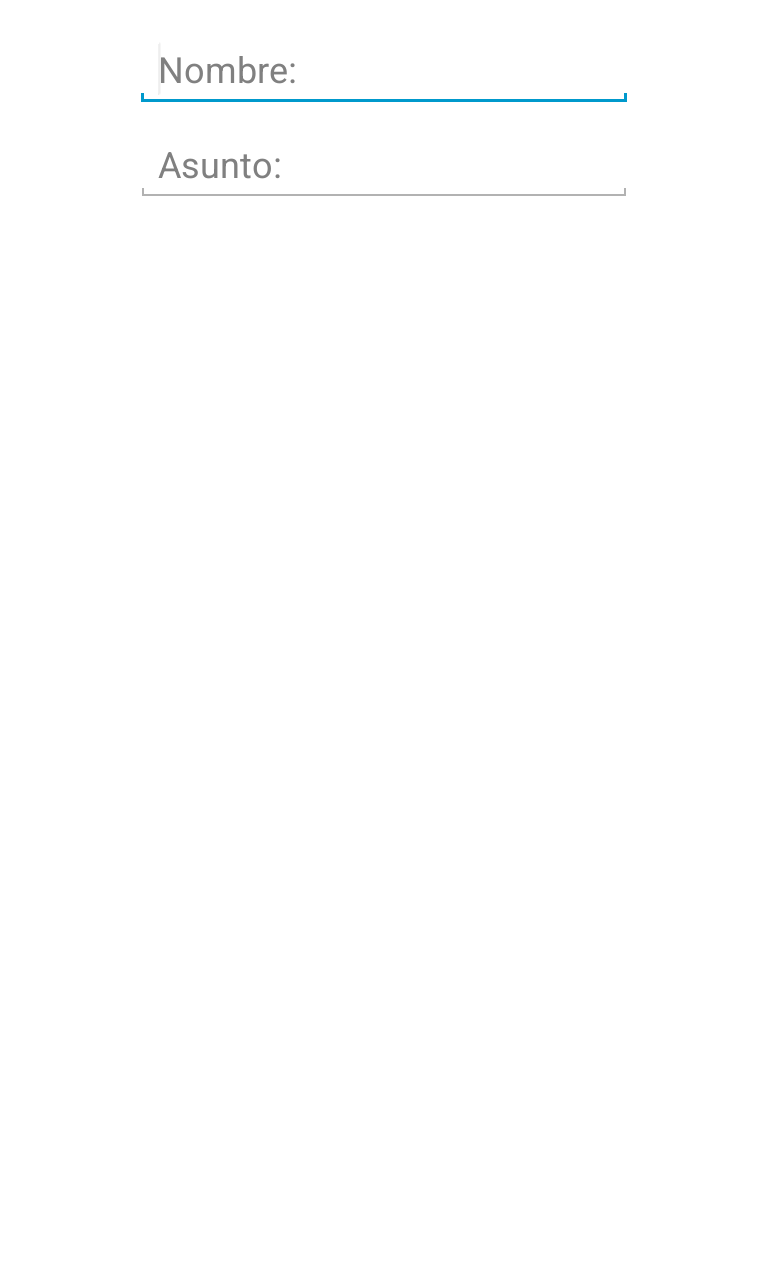
Repository: armandobs94/Dental.App
Layout: AplicacionMovil/DentalApp/Dental.App/res/layout/layout_contacto.xml
These files come from the project's save history. The layout is drawn as it stood at one moment and after the next save; the edit follows.
It is drawn on a 768 x 1280 px phone screen (xhdpi) without system bars, with theme AppTheme; the app's code is not run.

Above is the layout before, as saved 2015-06-13 03:32:59.

After the next save:
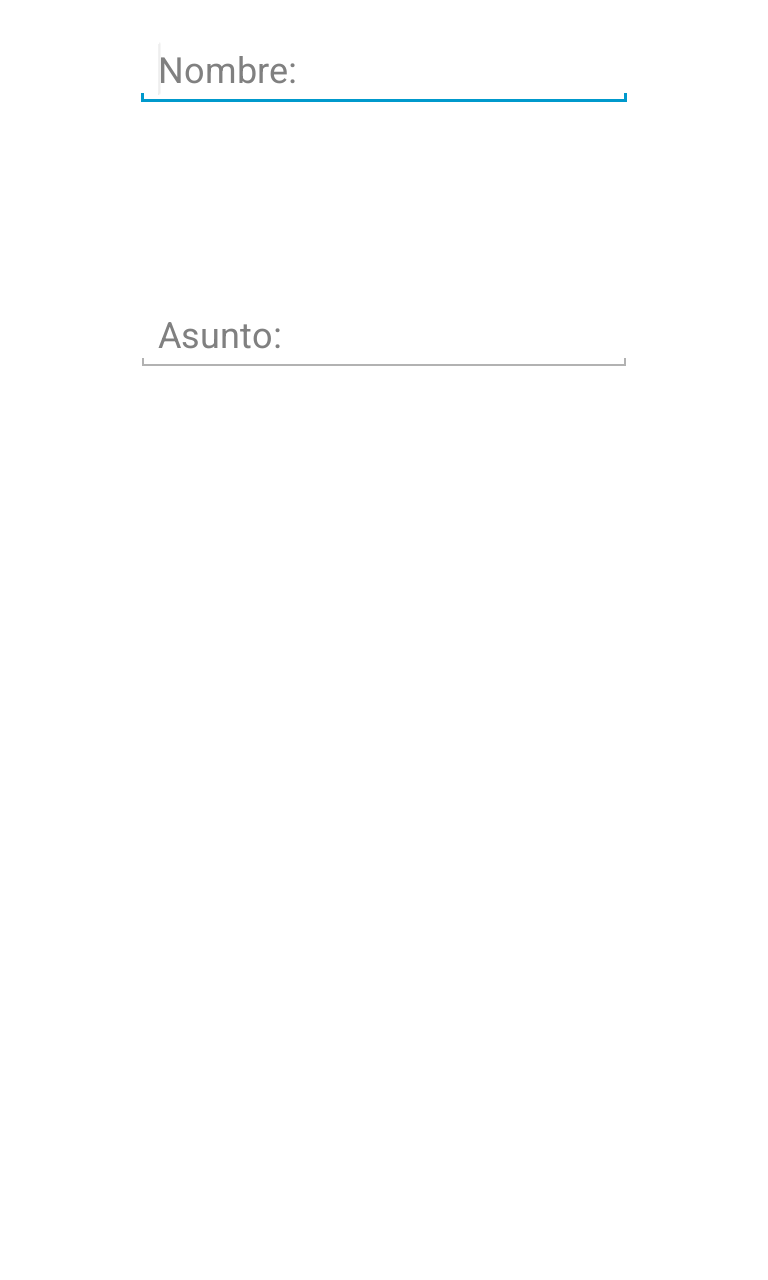
Saved 38 s later.
--- a/AplicacionMovil/DentalApp/Dental.App/res/layout/layout_contacto.xml
+++ b/AplicacionMovil/DentalApp/Dental.App/res/layout/layout_contacto.xml
@@ -31,12 +31,12 @@
 
             <EditText
                 android:id="@+id/editText2"
-                android:layout_gravity="center_horizontal"
-                android:hint="@string/campoAsunto"
                 android:layout_width="250dp"
                 android:layout_height="wrap_content"
+                android:layout_gravity="center_horizontal"
                 android:ems="10"
-                android:paddingTop="15dp" />
+                android:hint="@string/campoAsunto"
+                android:paddingTop="100dp" />
 
         </LinearLayout>
     </ScrollView>
